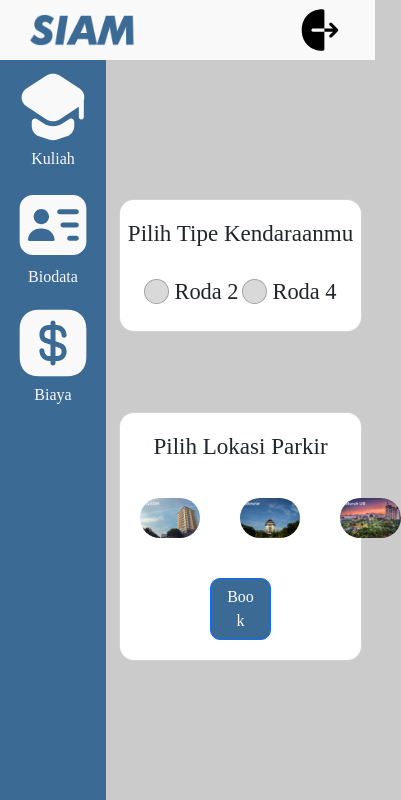
Repository: haikalirf/Project-IMK
Page: parkir.html
These files come from the project's save history. The page is drawn as it stood at one moment and after the next save; the edit follows.
The browser window is 375 px wide. The page is 401 px wide, then 375 px, so the pictures cover 401 px, including what lies to the right of the window. The pictures show the whole page.
Some web fonts or font styles are not loaded; a fallback is used.

Above is the page before, as saved 2022-12-14 15:07:31.

After the next save:
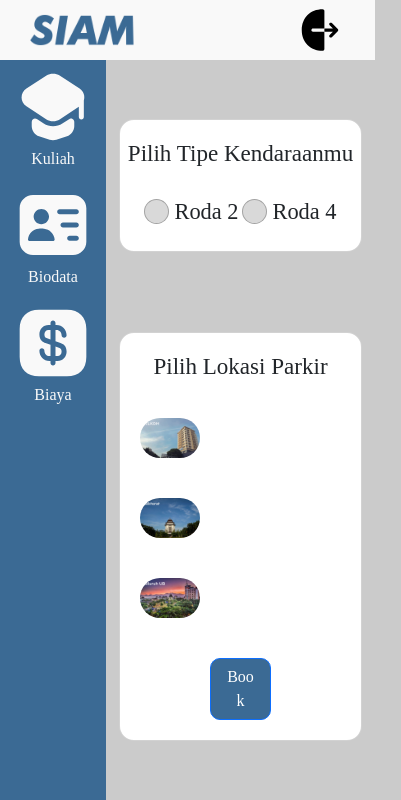
Saved 40 s later.
--- a/styles/parkir.css
+++ b/styles/parkir.css
@@ -152,7 +152,7 @@ a img, a label {
 }
 
 @media (max-width: 600px) {
-	#cardBottom {
+	.kumpulan-gambar-parkir {
 		flex-direction: column;
 	}
 }
